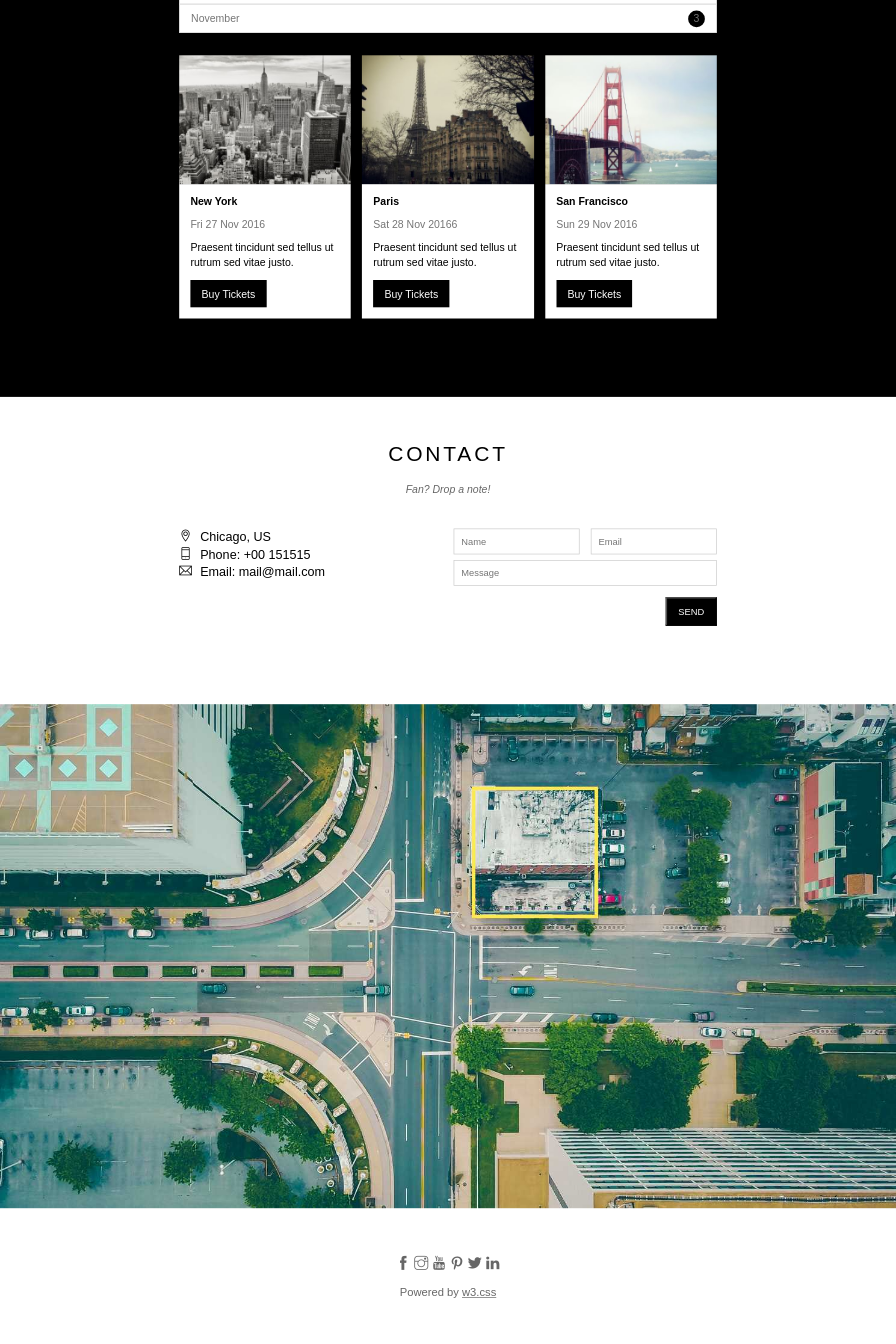
Repository: BrandonTuan777/The_Band
Page: index.html
These files come from the project's save history. The page is drawn as it stood at one moment and after a run of saves; the edit follows.
The browser window is 1280 px wide. The pictures show the part of the page from y = 1620 to 3540 px (the page is 3540 px tall before and 3503 px after), at 70% of full size.

Above is the page before, as saved 2022-04-17 21:58:31.

After the next 3 saves:
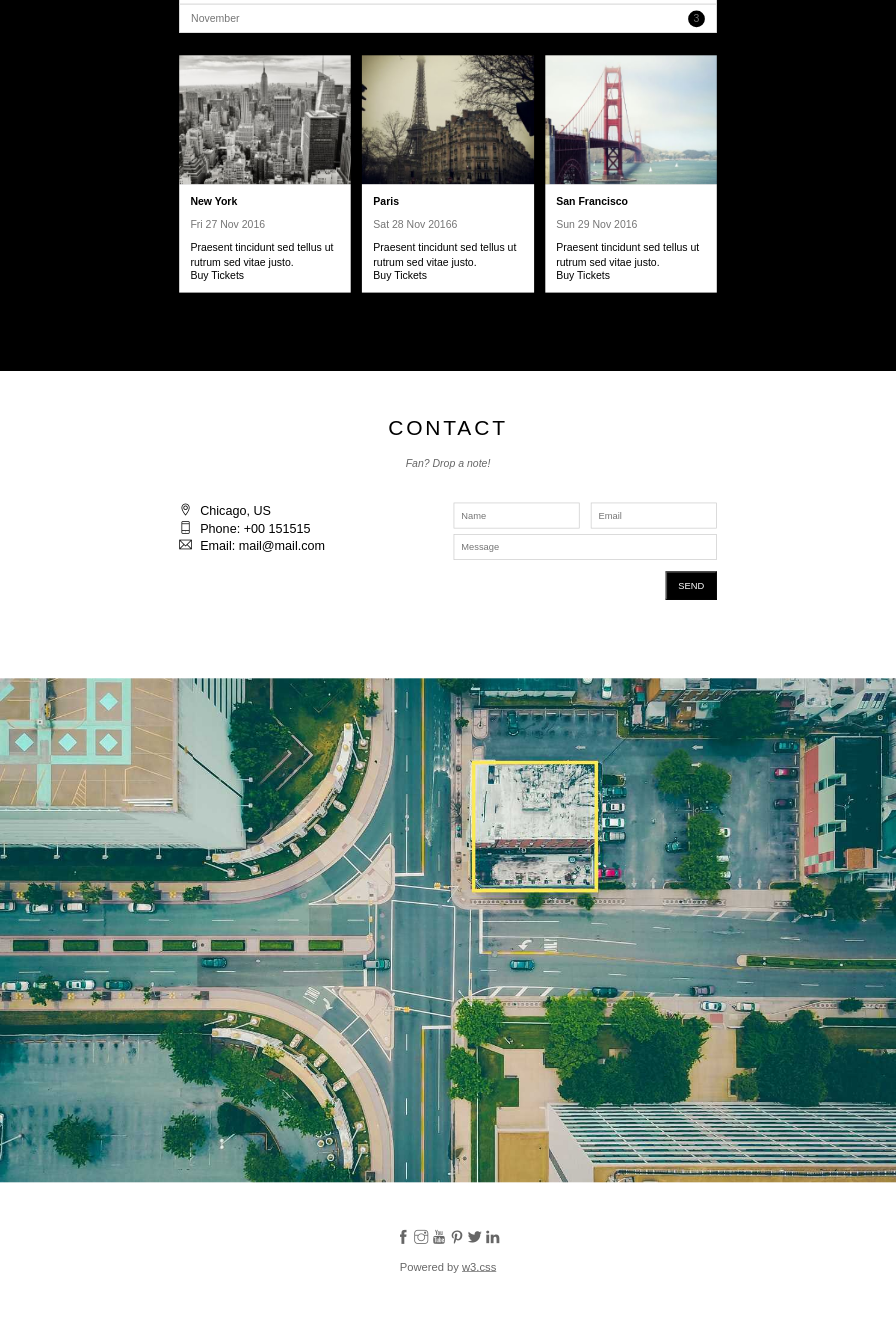
The 3 saves are shown as one change because they came seconds apart.
The last was saved 14 min 35 s later.
--- a/index.html
+++ b/index.html
@@ -134,7 +134,7 @@
                   <p class="place-description">
                     Praesent tincidunt sed tellus ut rutrum sed vitae justo.
                   </p>
-                  <a href="#" class="btn s-full-width">Buy Tickets</a>
+                  <button">Buy Tickets</a>
                 </div>
               </div>
               <div class="col s-col-full col-third mt-16">
@@ -149,7 +149,7 @@
                   <p class="place-description">
                     Praesent tincidunt sed tellus ut rutrum sed vitae justo.
                   </p>
-                  <a href="#" class="btn s-full-width">Buy Tickets</a>
+                  <button">Buy Tickets</a>
                 </div>
               </div>
               <div class="col s-col-full col-third mt-16">
@@ -164,7 +164,7 @@
                   <p class="place-description">
                     Praesent tincidunt sed tellus ut rutrum sed vitae justo.
                   </p>
-                  <a href="#" class="btn s-full-width">Buy Tickets</a>
+                  <button">Buy Tickets</a>
                 </div>
               </div>
             </div>

After the save that followed:
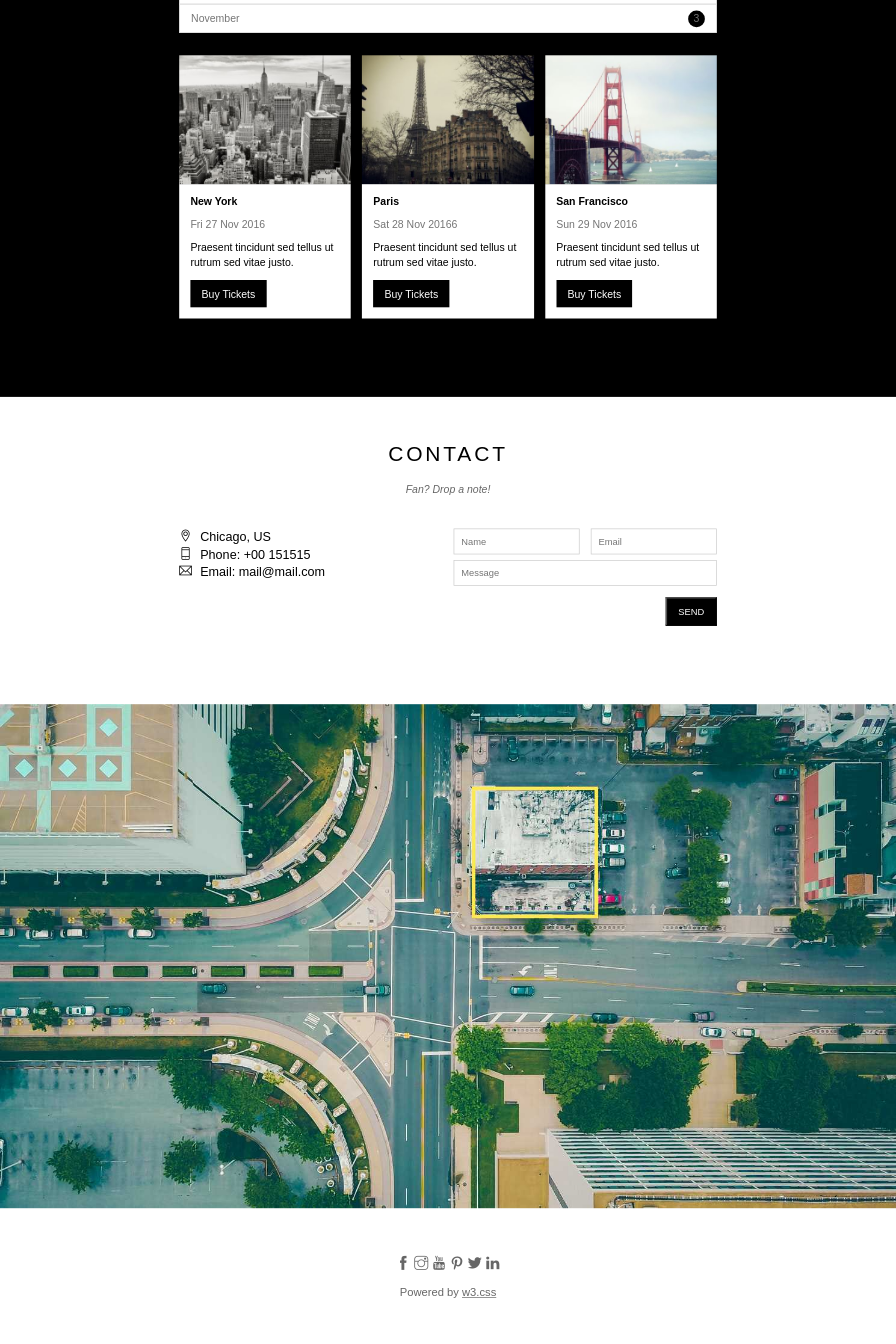
Saved 5 s later.
--- a/index.html
+++ b/index.html
@@ -134,7 +134,7 @@
                   <p class="place-description">
                     Praesent tincidunt sed tellus ut rutrum sed vitae justo.
                   </p>
-                  <button">Buy Tickets</a>
+                  <a href="#" class="btn s-full-width">Buy Tickets</a>
                 </div>
               </div>
               <div class="col s-col-full col-third mt-16">
@@ -149,7 +149,7 @@
                   <p class="place-description">
                     Praesent tincidunt sed tellus ut rutrum sed vitae justo.
                   </p>
-                  <button">Buy Tickets</a>
+                  <a href="#" class="btn s-full-width">Buy Tickets</a>
                 </div>
               </div>
               <div class="col s-col-full col-third mt-16">
@@ -164,7 +164,7 @@
                   <p class="place-description">
                     Praesent tincidunt sed tellus ut rutrum sed vitae justo.
                   </p>
-                  <button">Buy Tickets</a>
+                  <a href="#" class="btn s-full-width">Buy Tickets</a>
                 </div>
               </div>
             </div>
